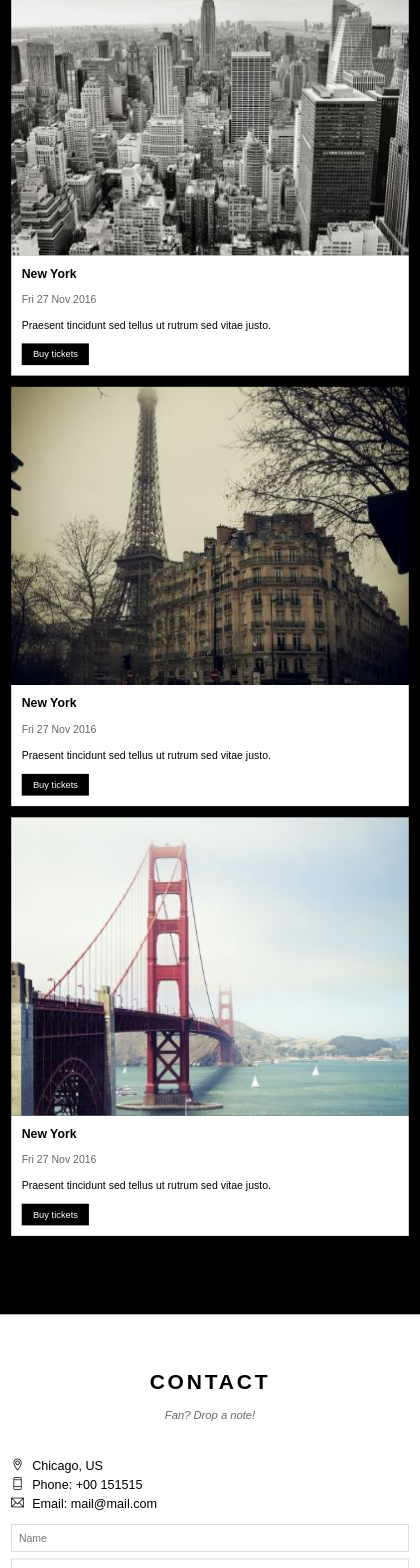
Repository: Bakyproit/the-Band
Page: index.html
These files come from the project's save history. The page is drawn as it stood at one moment and after a run of saves; the edit follows.
The browser window is 600 px wide. The pictures show the part of the page from y = 2531 to 4771 px (the page is 5539 px tall), at 70% of full size.

Above is the page before, as saved 2022-01-04 08:55:48.

After the next 2 saves:
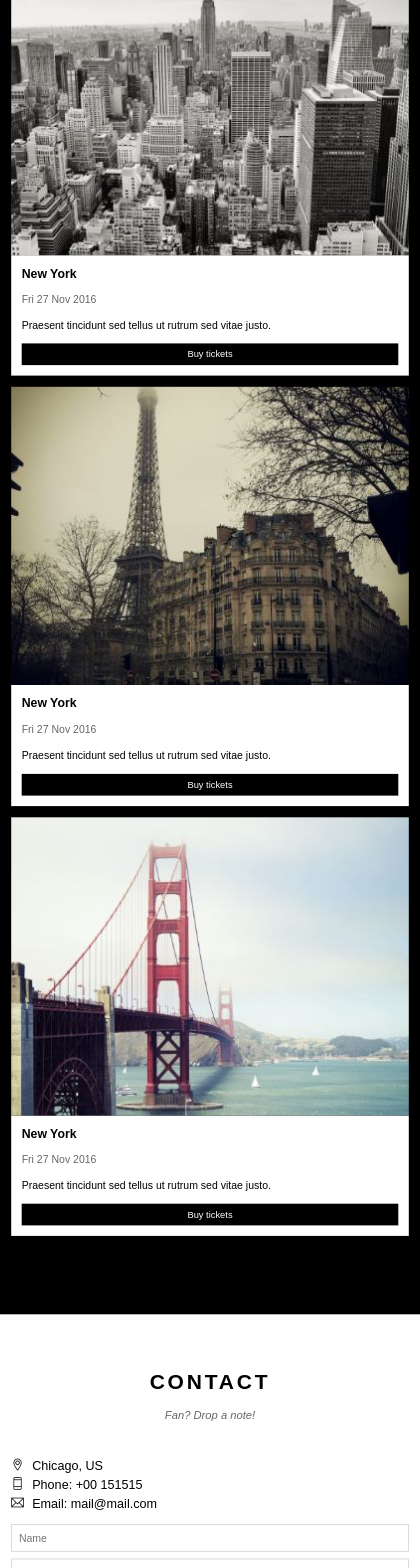
The 2 saves are shown as one change because they came seconds apart.
The last was saved 6 s later.
--- a/assets/css/reponsive.css
+++ b/assets/css/reponsive.css
@@ -55,7 +55,7 @@
     }
 
     .places-content .btn{
-        width: 100@;
+        width: 100%;
     }
 }
 
